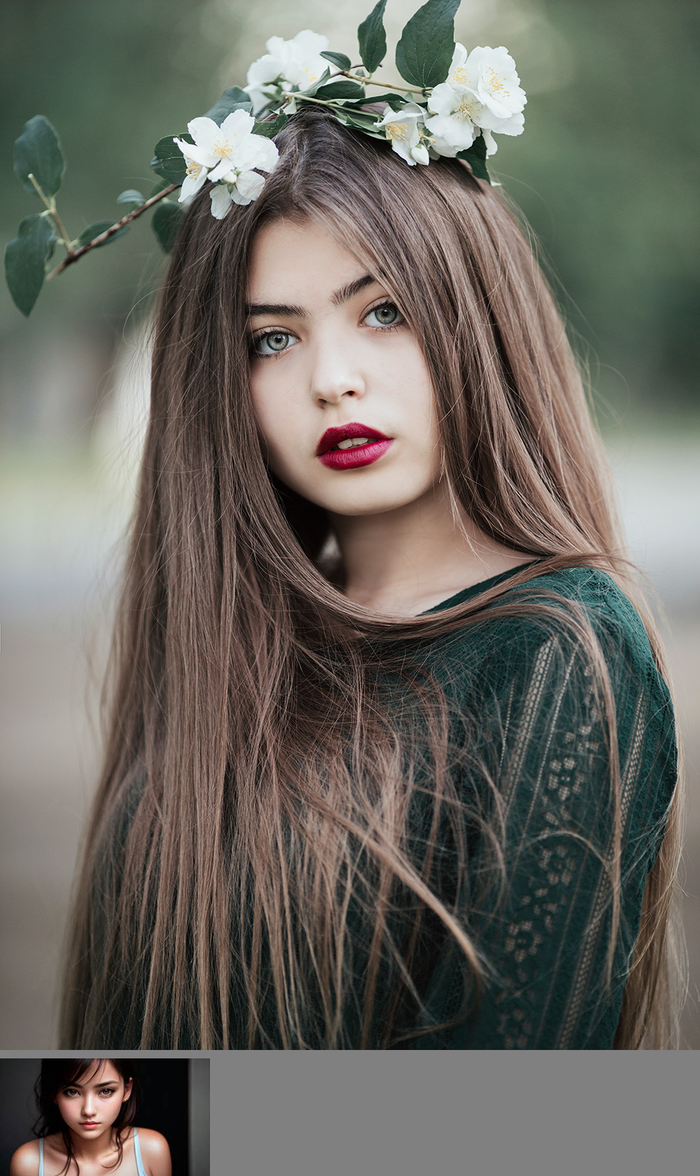
Repository: dongquan1504/ThiGiacMayTinh
Script's output: python threshold.py
The author's editor kept a copy of each file at every save. The script's output is drawn from the files as they stood at one save, then again after the next save.
The pictures show rows 0 to 2240 of an output 1680 px tall, at 70% of full size.
Each picture stacks the figures in order, with grey between them; figures that are only written to a file come last. Random numbers start from a fixed seed. It also reads images.jpg, images2.jpg.

Above is the script's output before, as saved 2023-12-28 17:03:50.

After the next save:
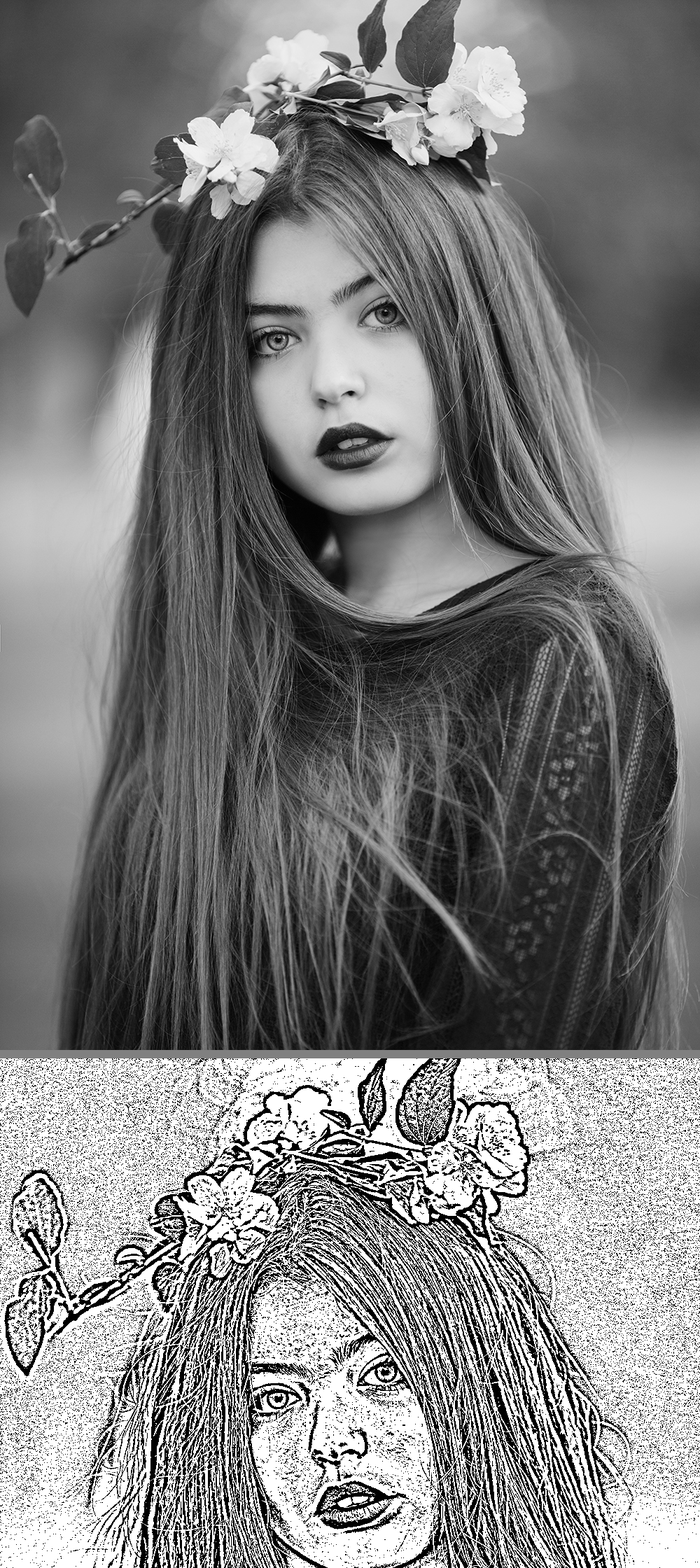
Saved 4 min 57 s later.
--- a/threshold.py
+++ b/threshold.py
@@ -1,31 +1,16 @@
 import cv2
-import numpy as np
 
-def filter_images_by_contrast(images, threshold):
-    filtered_images = []
-    for image_path in images:
-        img = cv2.imread(image_path)
-        gray = cv2.cvtColor(img, cv2.COLOR_BGR2GRAY)
-        min_val, max_val, _, _ = cv2.minMaxLoc(gray)
-        contrast = (max_val - min_val) / max_val
-        if contrast > threshold:
-            filtered_images.append(img)  # Thêm ảnh gốc vào danh sách đã lọc
-    return filtered_images
+# Đường dẫn đến ảnh cần xử lý
+image_path = "images.jpg"
 
-# Đường dẫn đến các ảnh cần lọc
-image_paths = ["images.jpg", "images2.jpg"]
+# Đọc ảnh từ đường dẫn và chuyển đổi sang ảnh thang độ xám
+img = cv2.imread(image_path, cv2.IMREAD_GRAYSCALE)
 
-# Ngưỡng độ tương phản
-threshold = 0.9
+# Áp dụng ngưỡng đa cấp (Adaptive Thresholding)
+adaptive_threshold = cv2.adaptiveThreshold(img, 255, cv2.ADAPTIVE_THRESH_MEAN_C, cv2.THRESH_BINARY, 11, 2)
 
-# Lọc ảnh dựa trên độ tương phản
-filtered_images = filter_images_by_contrast(image_paths, threshold)
-
-# Hiển thị ảnh gốc và các ảnh đã lọc
-for img in filtered_images:
-    cv2.imshow('Filtered Image', img)
-    cv2.waitKey(0)
-    cv2.imwrite('new_threshold_image.jpg', img)
-
-# Đóng cửa sổ khi nhấn phím bất kỳ
+# Hiển thị ảnh gốc và ảnh đã xử lý
+cv2.imshow('Original Image', img)
+cv2.imshow('Adaptive Thresholding', adaptive_threshold)
+cv2.waitKey(0)
 cv2.destroyAllWindows()
